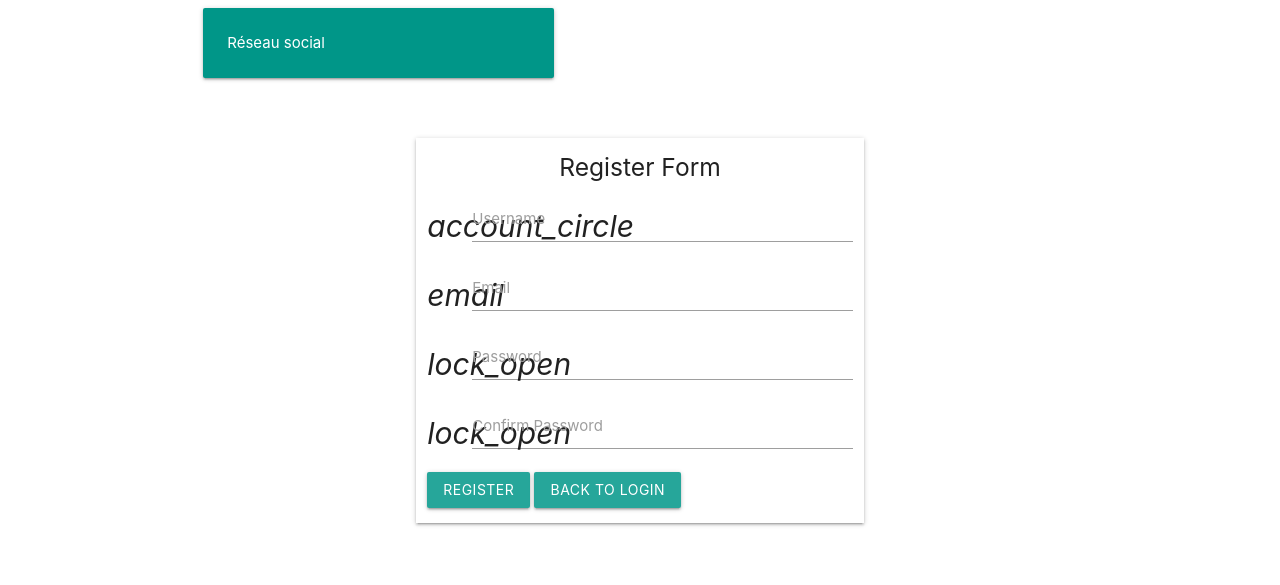
Repository: thdal/Atelier_JEE_16_02
Page: http://localhost/Atelier_JEE_16_02/WEB-INF/pages/connexion/FormRegister.jsp
An editor plug-in stored every save of this project. The page is shown before and after the next save, followed by the edit.
The browser window is 1280 px wide. The pictures show the whole page.
The page is served by Tomcat 9. Nobody is signed in. Other server files are loaded and not shown. The template is opened directly, without the code that normally fills it, so the values that code supplies are empty.

Above is the page before, as saved 2021-02-22 07:12:27.

### Atelier_JEE_16_02/src/main/webapp/WEB-INF/pages/connexion/FormRegister.jsp
<%@ page language="java" contentType="text/html; charset=ISO-8859-1"
    pageEncoding="ISO-8859-1"%>
<!DOCTYPE>
<html>
<head>
<link rel="stylesheet" href="https://cdnjs.cloudflare.com/ajax/libs/materialize/1.0.0/css/materialize.min.css">
	  <link href="https://fonts.googleapis.com/icon?family=Material+Icons" rel="stylesheet">
<meta http-equiv="Content-Type" content="text/html; charset=ISO-8859-1">
<title>Formulaire d'enregistrement</title>
</head>
<body>
<div class="container">

	    <div class="row">
	      <div class="col s6 m5">
	        <div class="card-panel teal">
	          <span class="white-text">Réseau social</span>
	        </div>
	      </div>
	    </div>

      <div style="margin-top: 5%;" class="row">
          <div class="col s6 offset-s3 z-depth-1" id="panell">
            <h5 style="text-align: center;" id="title">Register Form</h5>
            <form>

        <div class="input-field" id="username">
        	 <i class="material-icons prefix">account_circle</i>
	         <input  type="text" class="validate">
	         <label for="username">Username</label>
        </div>
        <div class="input-field" id="username">
             <i class="material-icons prefix">email</i>
	         <input  type="text" class="validate">
	         <label for="username">Email</label>
        </div>
        <div class="input-field" id="password">
            <i class="material-icons prefix">lock_open</i>
            <input  type="password" class="validate">
            <label for="password">Password</label>
        </div>
        <div class="input-field" id="password">
            <i class="material-icons prefix">lock_open</i>
            <input  type="password" class="validate">
            <label for="password">Confirm Password</label>
        </div>
        <a class="waves-effect waves-light btn" id="loginbtn">Register</a>
        <a href="connexion" class="waves-effect waves-light btn" id="loginbtn">Back to login</a>

        </form>

        </div>
      </div>

    </div>

</body>
    <script src="https://cdnjs.cloudflare.com/ajax/libs/materialize/1.0.0/js/materialize.min.js"></script>
</html>

After the next save:
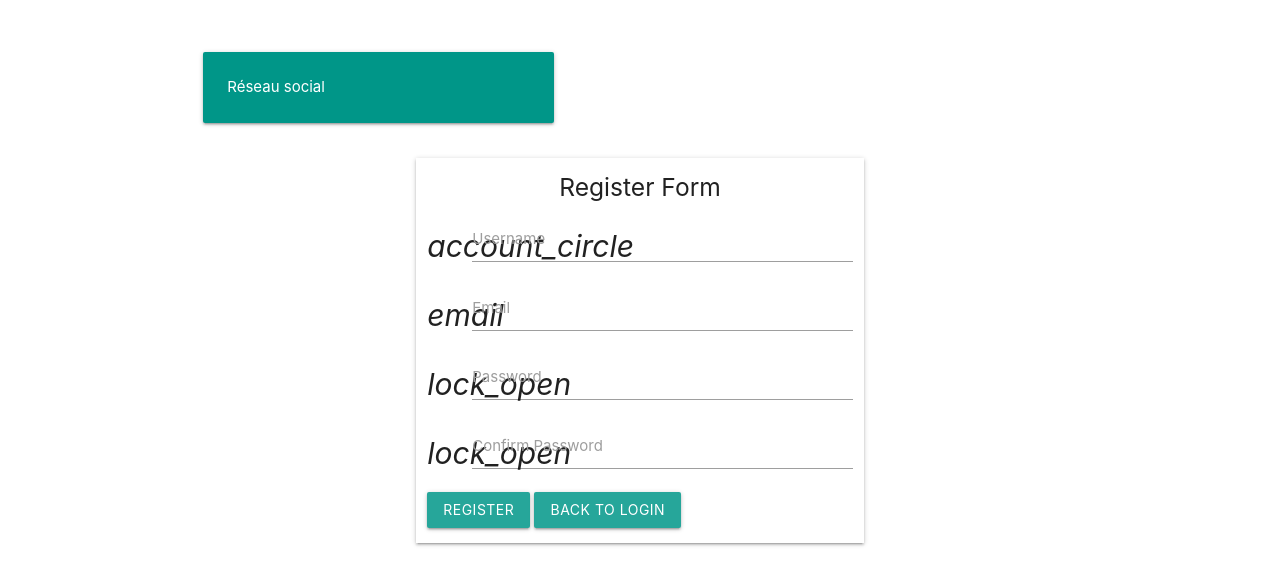
Saved 28 s later.
--- a/Atelier_JEE_16_02/src/main/webapp/WEB-INF/pages/connexion/FormRegister.jsp
+++ b/Atelier_JEE_16_02/src/main/webapp/WEB-INF/pages/connexion/FormRegister.jsp
@@ -11,15 +11,16 @@
 <body>
 <div class="container">
 
-	    <div class="row">
+
+
+      <div style="margin-top: 5%;" class="row">
+      <div class="row">
 	      <div class="col s6 m5">
 	        <div class="card-panel teal">
 	          <span class="white-text">Réseau social</span>
 	        </div>
 	      </div>
 	    </div>
-
-      <div style="margin-top: 5%;" class="row">
           <div class="col s6 offset-s3 z-depth-1" id="panell">
             <h5 style="text-align: center;" id="title">Register Form</h5>
             <form>
